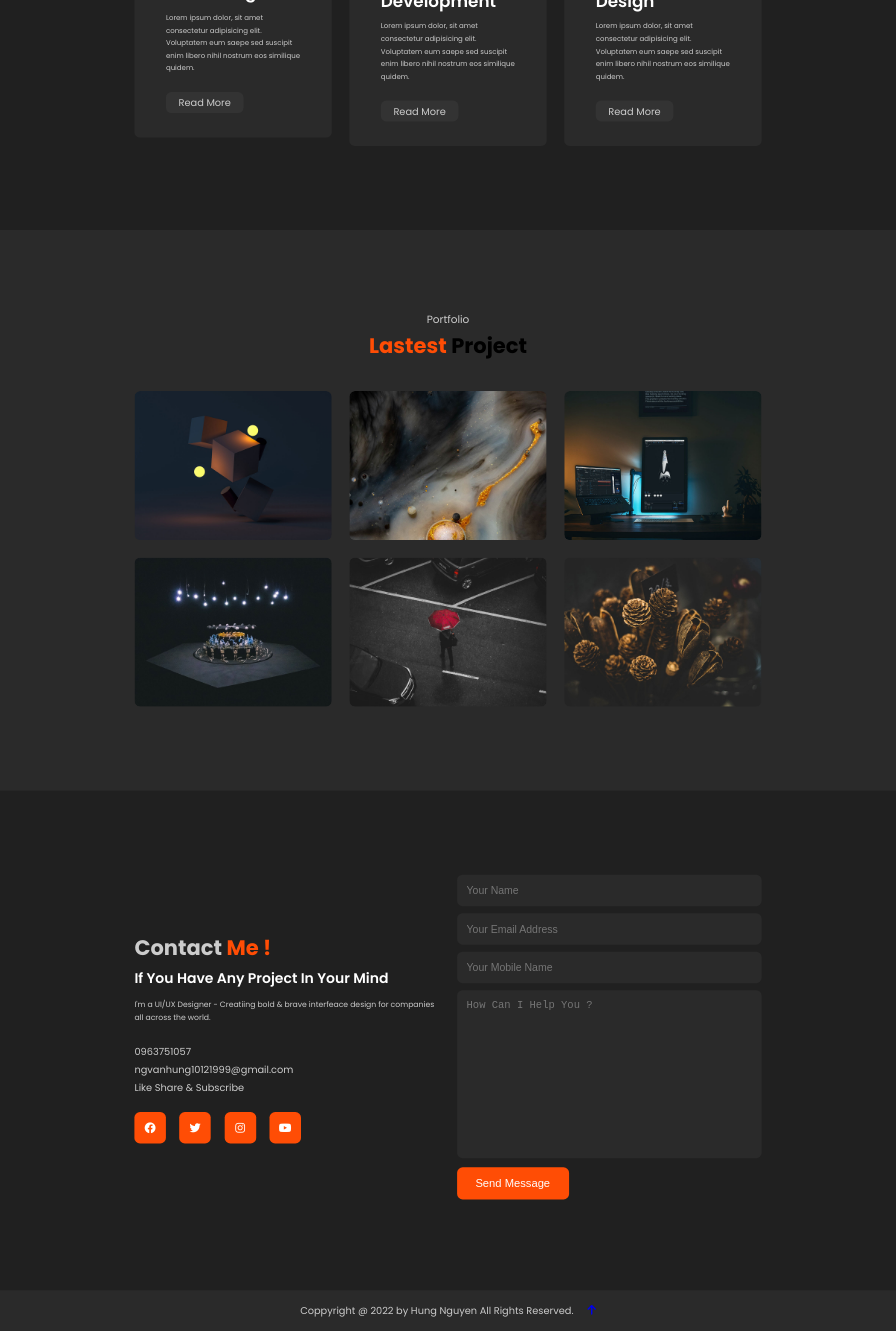
Repository: HungNg99/Protifolio2
Page: Portfolio/index.html
These files come from the project's save history. The page is drawn as it stood at one moment and after the next save; the edit follows.
The browser window is 1280 px wide. The pictures show the part of the page from y = 1981 to 3901 px (the page is 3882 px tall before and 3901 px after), at 70% of full size.

Above is the page before, as saved 2022-12-12 16:14:32.

After the next save:
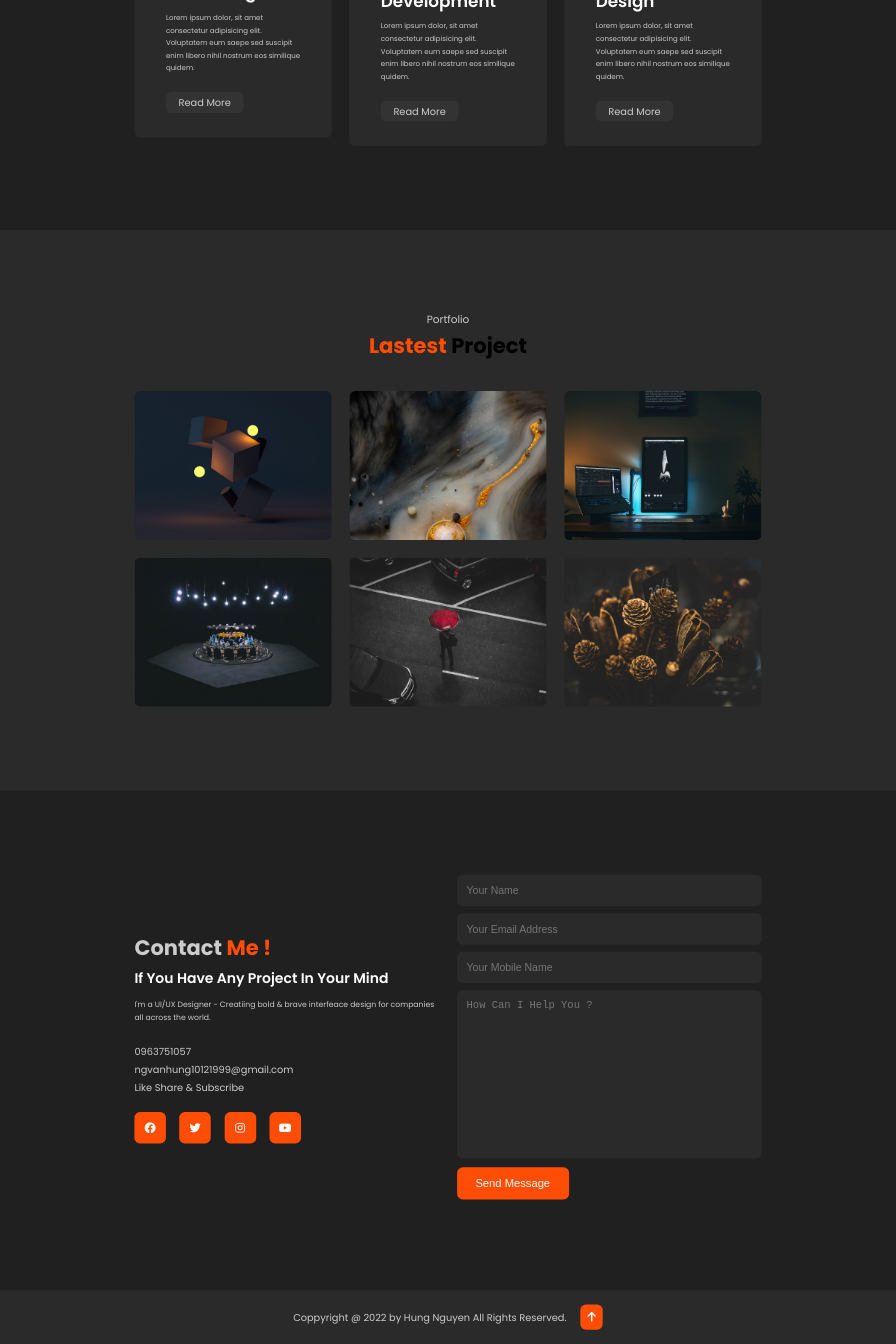
Saved 77 s later.
--- a/Portfolio/style.css
+++ b/Portfolio/style.css
@@ -447,3 +447,9 @@ form textarea{
     color: var(--second-color);
     font-size: 14px;
 }
+.top i{
+    padding: 10px;
+    border-radius:8px;
+    background-color: var(--main-color);
+    color: var(--text-color);
+}
